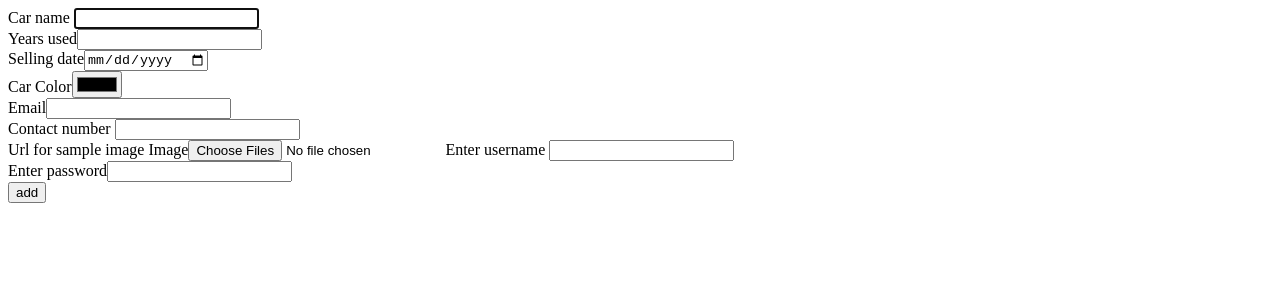
Repository: parthp17/273-Homework1
Page: Homework1/workspace/homework1/WebContent/InputTypes.html
The author's editor kept a copy of each file at every save. The page is drawn from the files as they stood at one save, then again after the next save.
The browser window is 1280 px wide. The pictures show the whole page.

Above is the page before, as saved 2016-09-09 16:38:31.

### Homework1/workspace/homework1/WebContent/InputTypes.html
<html>
<head>

</head>
<body>
<form action="welcome.html">
	Car name
	<input type="text" name="name" id="name"  autofocus="autofocus" required="required"><br>
	Years used<input type = "number" name = "yearsUsed" id = "yearsUsed"><br>

	Selling date<input type="date" name="sellingDate" id = "sellingDate"><br>
	 Car Color<input type="color" name="carcolor" id = "carcolor"><br>
	 Email<input type = "email" id = "email"required="required"><br>
	 Contact number <input type= "tel" name = "contactnum" id = "contactnum" pattern="\d{3}[\-]\d{3}[\-]\d{4}"><br>
	 Url for sample image
	 Image<input type = "file" name = "img" multiple>
	 Enter username <input type = "text" id ="username" required="required"><br>
	 Enter password<input type = "password" maxlength="16" id = "password" required="required"><br>

	<input type="submit" value="add" onclick="f1()" id="b"><br>

</form>
	</table>
</body>
</html>

After the next save:
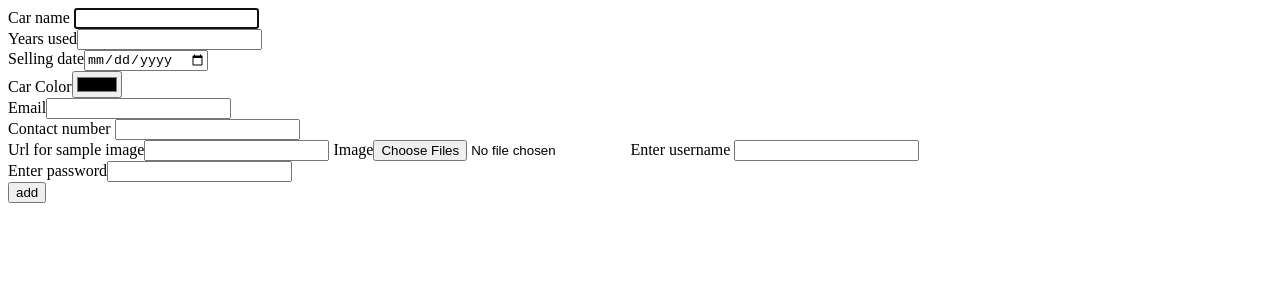
Saved 7 s later.
--- a/Homework1/workspace/homework1/WebContent/InputTypes.html
+++ b/Homework1/workspace/homework1/WebContent/InputTypes.html
@@ -12,7 +12,7 @@
 	 Car Color<input type="color" name="carcolor" id = "carcolor"><br>
 	 Email<input type = "email" id = "email"required="required"><br>
 	 Contact number <input type= "tel" name = "contactnum" id = "contactnum" pattern="\d{3}[\-]\d{3}[\-]\d{4}"><br>
-	 Url for sample image
+	 Url for sample image<input type="url" name="url">
 	 Image<input type = "file" name = "img" multiple>
 	 Enter username <input type = "text" id ="username" required="required"><br>
 	 Enter password<input type = "password" maxlength="16" id = "password" required="required"><br>
